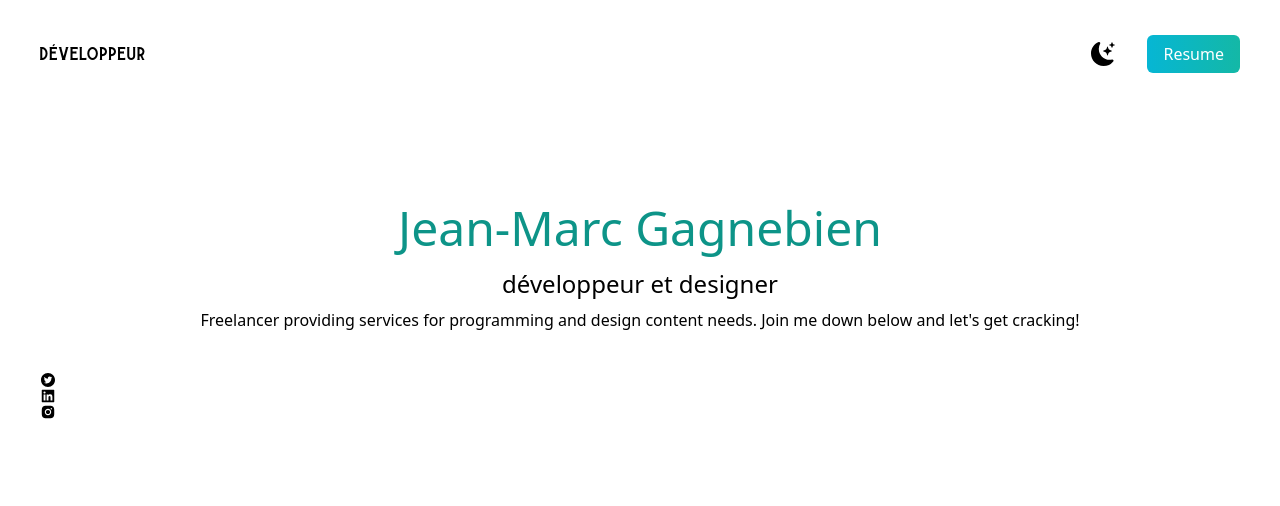
Repository: Jean-MarcG/portfoli_next
Page: /
These files come from the project's save history. The page is drawn as it stood at one moment and after the next save; the edit follows.
The browser window is 1280 px wide. The pictures show the whole page.
The project was rebuilt for these pictures with package versions that can differ from the ones it lists, and the page was loaded fresh each time. The framework's server and built-in components were replaced by stand-ins that run in the browser. Also part of the build but not shown: next.config.js.

Above is the page before, as saved 2023-04-01 17:33:29.

### pages/index.js
import Head from 'next/head';
import {BsFillMoonStarsFill} from 'react-icons/bs';
import {AiFillTwitterCircle, AiFillLinkedin, AiFillInstagram} from 'react-icons/ai'

export default function Home() {
  return (
    <>
    <Head>
    <title>Jean-Marc Gagnebien Portfolio</title>
    <meta name="description" content="Generated by create next app" />
    <meta name="viewport" content="width=device-width, initial-scale=1" />
    <link rel="icon" href="/favicon.ico" />
    </Head>
      <main className='bg-white px-10 '>
        <section className='min-h-screen'>
          <nav className='py-10 mb-12 flex justify-between'>
            <h1 className='text-xl font-burtons'>développeur</h1>
              <ul className='flex items-center'>
                <li>
                  <BsFillMoonStarsFill className='cursor-pointer text-2xl'/>
                </li>
                <li>
                  <a className='bg-gradient-to-r from-cyan-500 to-teal-500 text-white px-4 py-2 rounded-md ml-8' href='#'>Resume</a>
                </li>
              </ul>
          </nav>
          <div className='text-center p-10'>
            <h2 className='text-5xl py-2 text-teal-600 font-medium'>Jean-Marc Gagnebien</h2>
            <h3 className='text-2xl py-2'>développeur et designer</h3>
            <p>Freelancer providing services for programming and design content needs. Join me down below and let's get cracking!</p>
          </div>
          <div>
            <AiFillTwitterCircle />
            <AiFillLinkedin />
            <AiFillInstagram />
          </div>
          <div>

          </div>
        </section>
      </main>
    </>
    )
  }

### styles/globals.css
@tailwind base;
@tailwind components;
@tailwind utilities;

* {
  box-sizing: border-box;
  padding: 0;
  margin: 0;
}

html,
body {
  max-width: 100vw;
  overflow-x: hidden;
}

body {
  color: rgb(var(--foreground-rgb));
  background: linear-gradient(
      to bottom,
      transparent,
      rgb(var(--background-end-rgb))
    )
    rgb(var(--background-start-rgb));
}

a {
  color: inherit;
  text-decoration: none;
}

@font-face {
  font-family: "burtons";
  src: url(../public/Burtons.otf);
}

### tailwind.config.js
/** @type {import('tailwindcss').Config} */
module.exports = {
  content: [
    "./app/**/*.{js,ts,jsx,tsx}",
    "./pages/**/*.{js,ts,jsx,tsx}",
    "./components/**/*.{js,ts,jsx,tsx}",

    // Or if using `src` directory:
    "./src/**/*.{js,ts,jsx,tsx}",
  ],
  theme: {
    extend: {
      fontFamily: {
        burtons: 'burtons',
      }
    },
  },
  plugins: [],
}

Loaded but not shown: pages/_app.js (common file); pages/_document.js (common file)

After the next save:
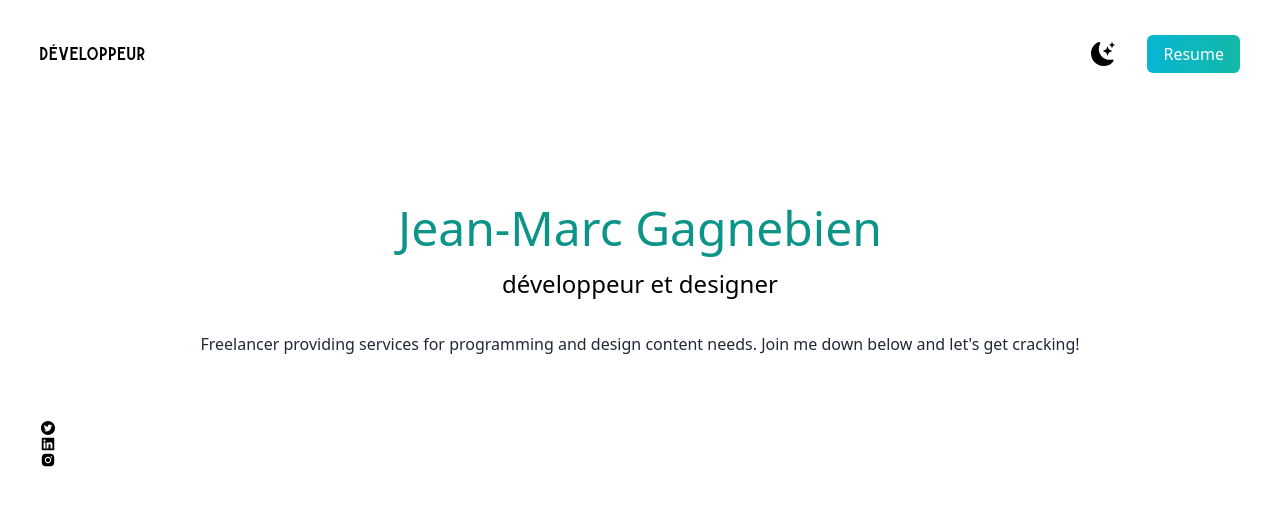
Saved 31 s later.
--- a/pages/index.js
+++ b/pages/index.js
@@ -27,7 +27,7 @@
           <div className='text-center p-10'>
             <h2 className='text-5xl py-2 text-teal-600 font-medium'>Jean-Marc Gagnebien</h2>
             <h3 className='text-2xl py-2'>développeur et designer</h3>
-            <p>Freelancer providing services for programming and design content needs. Join me down below and let's get cracking!</p>
+            <p className='text-md py-5 leading-8 text-gray-800'>Freelancer providing services for programming and design content needs. Join me down below and let's get cracking!</p>
           </div>
           <div>
             <AiFillTwitterCircle />
